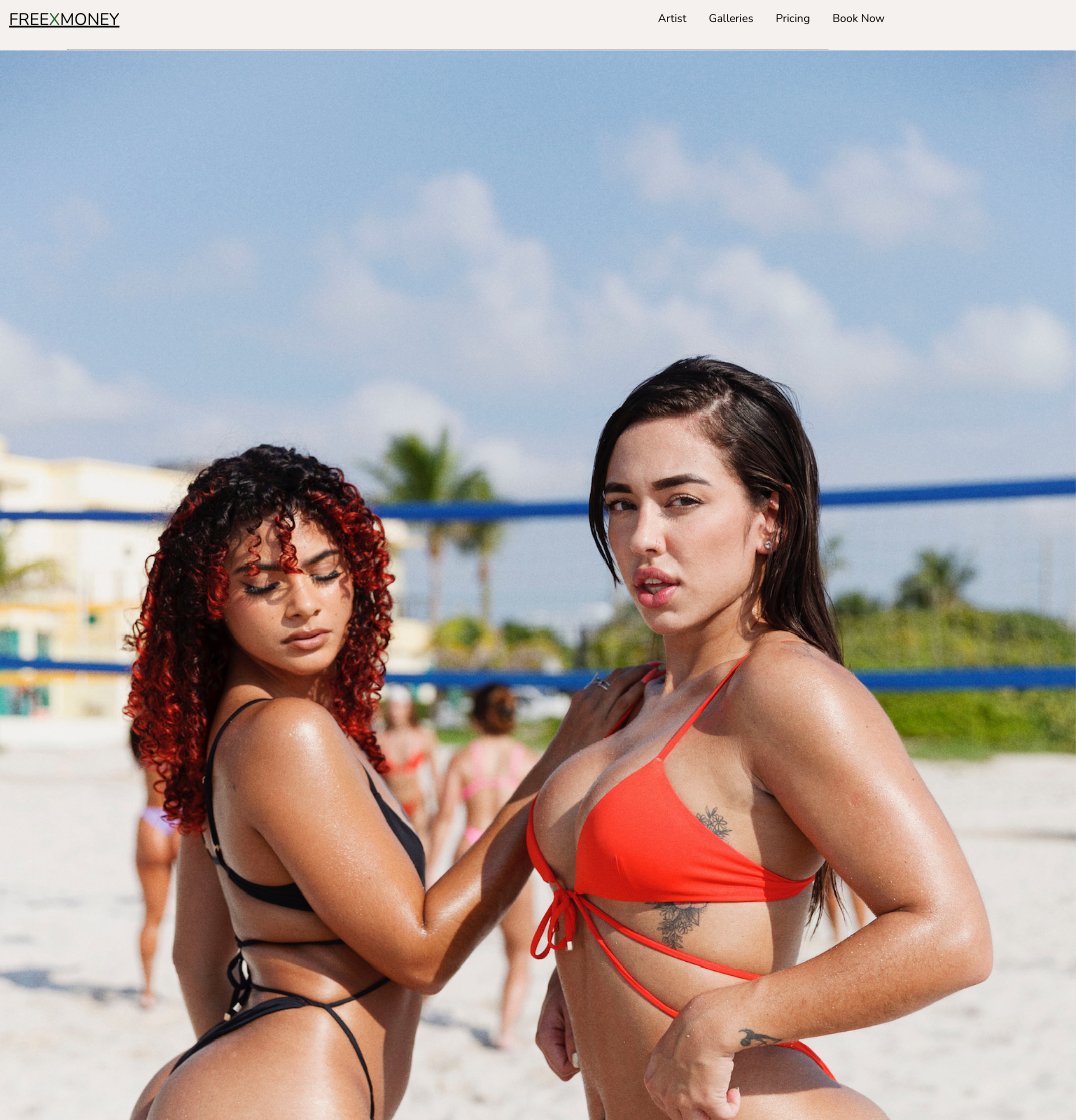
Repository: burntaftermint/freexmoney-draft
Page: price.html
These files come from the project's save history. The page is drawn as it stood at one moment and after the next save; the edit follows.
The browser window is 1280 px wide. The page is 1537 px wide, so the pictures cover 1537 px, including what lies to the right of the window. The pictures show the part of the page from y = 0 to 1600 px (the page is 2481 px tall), at 70% of full size.
Some web fonts or font styles are not loaded; a fallback is used.

Above is the page before, as saved 2024-06-10 05:33:29.

### price.html
<!DOCTYPE html>
<html lang="en">
<head>
    <meta charset="UTF-8">
    <meta http-equiv="X-UA-Compatible" content="IE=edge">
    <meta name="viewport" content="width=device-width, initial-scale=1.0">
    <script src="script.js" defer></script>
    <title>FREEXMONEY</title>
    <link rel="preconnect" href="https://fonts.googleapis.com">
    <link rel="preconnect" href="https://fonts.gstatic.com" crossorigin>
    <link href="https://fonts.googleapis.com/css2?family=Architects+Daughter&family=Kumbh+Sans:wght@400;700&family=Montserrat:ital,wght@0,100;0,200;0,300;0,400;0,500;0,600;0,700;0,800;0,900;1,100;1,200;1,300;1,400;1,500;1,600;1,700;1,800;1,900&family=Nunito:wght@300;400;500;600&family=Roboto:wght@300&family=Rubik:wght@400;500;600;700;800&family=Yantramanav:wght@500&display=swap" rel="stylesheet">
    <link rel="stylesheet" type="text/css" href="style.css">
</head>
<body>
    <nav class="navbar">
        <div class="nav-title">
            <a href="index.html">FREE<span>X</span>MONEY</a>
        </div>
        <a href="#" class="toggle-button">
            <span class="bar"></span>
            <span class="bar"></span>
            <span class="bar"></span>
        </a>
        <div class="navbar-links">
            <ul>
                <li><a href="artist.html">Artist</a></li>
                <li><a href="gallery.html">Galleries</a></li>
                <li><a href="pricing.html">Pricing</a></li>
                <li><a href="home.html">Book Now</a></li>
            </ul>
        </div>
    </nav>
    <hr>
    <section class="pricing">
        <div class="card-wrapper">
            <!-- card header -->
            <div class="card-header">
                <img src="images/11.JPG" alt="basic">
                <h2>Basic</h2>
            </div>
            <!-- card detail -->
            <div class="card-detail">
                <p><span class="fas fa-check check"></span><b>1</b> full user </p>
                <p><span class="fas fa-check check"></span><b>5</b>contact per clients</p>
                <p><span class="fas fa-times nocheck"></span>Lorem ipsum dolor</p>
            </div>
            <!-- card price -->
            <!-- button -->
        </div>
    </section>

</body>
</html>

### style.css

* {
    margin: 0;
    padding: 0;
    box-sizing: border-box;
    font-family: 'Nunito', sans-serif;
    background-color: #f5f1ef;
}

.container {
    display: flex;
    flex-direction: column;
    justify-content: center;
    align-items: center;
    text-align: center;
    margin: 15px 20px 0 20px;
}

.social-links img {
    width: 50px;

    margin: 20px;
    cursor: pointer;
}

.social-links {
    text-align: center;
}




.container .heading {
    width: 50%;
    padding-bottom: 20px;
}

.container .heading h3 {
    font-size: 3em;
    font-weight: 400;
    border-bottom: 3px solid #1b5e20;

}

.container .heading h3 span {
    color: #1b5e20;
    font-weight: 600;
}

.container .box {
    display: flex;
    flex-direction: row;
    justify-content: space-between;

}

.container .box .row1 {
    display: flex;
    flex-direction: column;
    width: 32.5%;
}

.container .box .row1 img {
    width: 100%;
    padding-bottom: 10px;
    animation: fadeInUp 2s ease;
}

.container .box .row1 img:hover{
    opacity: 0.5;
    transition: 0.2s ease;

}

.container .btn {
    margin: 40px 0 70px 0;
    background: #1b5e20;
    padding: 15px 40px ;
    border-radius: 5px;
}


.container .btn a {
    text-decoration: none;
    background-color: transparent;
    color: #f5f5f5;
    font-weight: bolder;
    letter-spacing: 1px;
}

.container .heading a {
    text-decoration: none;
    color: black;
}
.container .heading a:hover {

    color: #f06292;
}

.container .btn a:hover {
    text-decoration: none;
    background-color: transparent;
    color: #f06292;
    font-weight: bolder;

}

/* gallery css */
.gallery-container {
    width: 100%;
    min-height: 100vh;
    display: flex;
    justify-content: center;
    align-items: center;
    padding: 0px 90px;
}

.gallery-content-section {
    display: flex;
    justify-content: center;
    align-items: center;
    text-align: center;
    animation: fadeInRight 2s ease;
}

.gallery-content-section .gallery-card {
    flex: 1;
    margin: 20px 20px;
    box-shadow: 0px 2px 8px 0px rgba(0,0,0,0.2);
    border-radius: 5px;
}

.gallery-content-section .gallery-card:hover {
    transform: scale(1.2);
    cursor: pointer;
}

.gallery-content-section .gallery-card img {
    width: 100%;
    height: auto;
    border-radius: 5px;
}

.gallery-content-section .gallery-card h2 {
    margin: 15px 0px;
    font-size: 28px;
    color: #f06292;
}

.gallery-content-section .gallery-card p {
    font-size: 16px;
    line-height: 1.5;
    padding: 0px 10px;
    margin-bottom: 20px;
}

.galleryh1 {
    text-align: center;
    font-size: 55px;
    color: #1b5e20;
}

/* home css */

.hero {
    background-color: #f5f1ef;
    overflow: hidden;
}

.home-heading h1 {
    color: #1b5e20;
    font-size: 55px;
    text-align: center;
    margin-top: 35px;
    margin-bottom: -30px;
}

.hero-content p {
    font-size: 24px;
    line-height: 1.5;
    margin-bottom: 40px;
    color: rgb(39, 39, 39);
}

.hero-btn {
    display: inline-block;
    background-color: #1b5e20;
    margin-top: -20px;
    padding: 12px 24px;
    border-radius: 5px;
    font-size: 20px;
    border: none;
    cursor: pointer;
    transition: 0.3s ease;
    font-weight: bolder;
    letter-spacing: 1px;
}
.hero-btn a {

    text-decoration: none;
    background-color: transparent;
    color: #f5f5f5;
}
.hero-btn a:hover {

    color: #f06292;
}
.container_home {
    display: flex;
    justify-content: center;
    align-items: center;
    width: 90%;
    margin: 65px auto;
}
.hero-content {
    flex: 1;
    width: 600px;
    margin: 0px 25px;
    animation: fadeInUp 2s ease;
}
.hero-image {
    flex: 1;
    width: 600px;
    margin: auto;
    animation: fadeInRight 2s ease;
}

.hero-content h2 {
    color: #f06292;
    font-size: 38px;
    margin-bottom: 10px;
}

.hero img {
width: 100%;
height: auto;
border-radius: 10px;
}

/* navbar css */
.navbar {
    display: flex;
    justify-content: space-between;
    align-items: center;
    background-color: #f5f1ef;


}

.nav-title {
    background-color: transparent;
    text-decoration: underline;
}
.nav-title a{
    color: black;

}
.nav-title a:hover{
    color: #f06292;
}
.nav-title span{
    background-color: transparent;
    color: #1b5e20;
}

.navbar-links ul {
    margin: 0;
    padding: 0;
    display: flex;
}

.navbar-links li {
    list-style: none;

}

.navbar-links li a {
    text-decoration: none;
    color: black;
    padding: 1rem;
    display: block;



}

.navbar-links li a:hover{
    color: #f06292;
}
.nav-title {
    font-size: 1.5rem;
    margin: .5rem;
    padding-left: 5px;

}

.toggle-button {
    position: absolute;
    top: .75rem;
    right: 1rem;
    display: none;
    flex-direction: column;
    justify-content: space-between;
    width: 30px;
    height: 21px;
}

.toggle-button .bar {
    height: 3px;
    width: 100%;
    background-color: black;
    border-radius: 10px;
}

/* Pricing css */


hr {
    margin: 1rem 6rem 0 6rem;
}








.pricing-card li {
    background-color: #fa7fa8;
}
.pricing-card strong {
    background-color: #fa7fa8;
}
.pricing-card sup {
    background-color: #fa7fa8;
}

.price {
    background-color: #fa7fa8;
    font-size: 70px;
    color: #f5f1ef;
    margin: 40px 0;
    transition: .2s linear;
}

.price sup, .price span {
    font-size: 22px;
    font-weight: 700;
}









@media only screen and (max-width: 1000px) {
    .gallery-content-section {
        flex-direction: column;
    }

    .pricing-card {
        flex: 50%;

    }

    .pricing-card-header {
        font-size: 10.5px;
    }

    .price {
        font-size: 45px;
    }

    .pricing-card li {
        font-size: 15px;
    }



}




@media only screen and (max-width: 769px) {
    .container .box {
        flex-direction: column;
    }
    .container .box .row1 {
        width: 100%;
    }
    .home-heading h1 {
        font-size: 45px;
        margin-top: 30px;
    }

    .hero {
        margin: 0px;

    }
    .container_home {
        width: 100%;
        flex-direction: column;
        margin: 0px;
        padding: 0px 40px;

    }
    .hero-content {
        width: 100%;
        margin: 35px 0px;
    }
    .hero-content h2 {
        font-size: 30px;

    }
    .hero-content p {
        font-size: 18px;
        margin-bottom: 20px;
    }
    .hero-btn {
        font-size: 16px;
        padding: 8px 16px;

    }
    .hero-image {
        width: 100%;
    }

    .pricing-card {
        flex: 50%;

    }

    .pricing-card-header {
        font-size: 6px;
    }

    .price {
        font-size: 35px;
    }

    .pricing-card li {
        font-size: 15px;
    }


}






@media only screen and (max-width: 718px) {
    .container .heading {
        width: 100%;

    }

    .container .heading h3 {
        font-size: 2.5em;


    }
}

@media only screen and (max-width: 549px) {
    .toggle-button {
        display: flex;

    }
    .navbar-links {
        display: none;
        width: 100%;

    }
    .navbar {
        flex-direction: column;
        align-items: flex-start;
    }

    .navbar-links ul {
        width: 100%;
        flex-direction: column;
    }

    .navbar-links li {
        text-align: center;
    }

    .navbar-links li a {
        padding: .3rem .7rem;
    }

    .navbar-links.active {
        display: flex;
    }
}

@media only screen and (max-width: 510px) {
    .gallery-card {
        width: 150%;

    }
}

@media only screen and (max-width: 400px) {
    .pricingh1 {
        margin-bottom: -175px;
    }
}

@keyframes fadeInUp {
    0% {
        opacity: 0;
        transform: translateY(50px);
    }
    100% {
        opacity: 1;
        transform: translateY(0px);
    }
}


@keyframes fadeInRight {
    0% {
        opacity: 0;
        transform: translateX(-50px);
    }
    100% {
        opacity: 1;
        transform: translateX(0px);
    }
}

Loaded but not shown: script.js (common file)

After the next save:
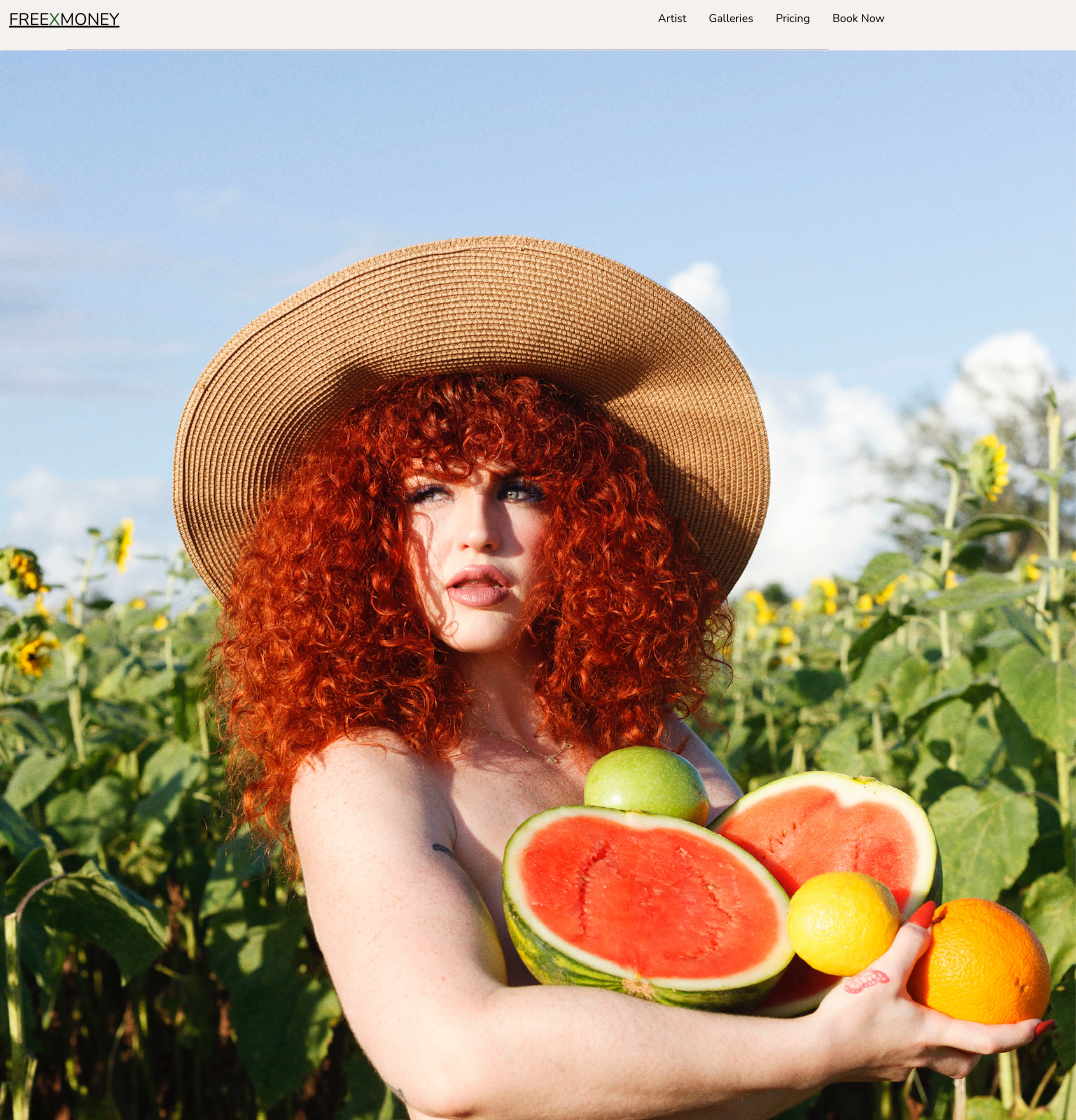
Saved 15 s later.
--- a/price.html
+++ b/price.html
@@ -35,7 +35,7 @@
         <div class="card-wrapper">
             <!-- card header -->
             <div class="card-header">
-                <img src="images/11.JPG" alt="basic">
+                <img src="images/2.JPG" alt="basic">
                 <h2>Basic</h2>
             </div>
             <!-- card detail -->
